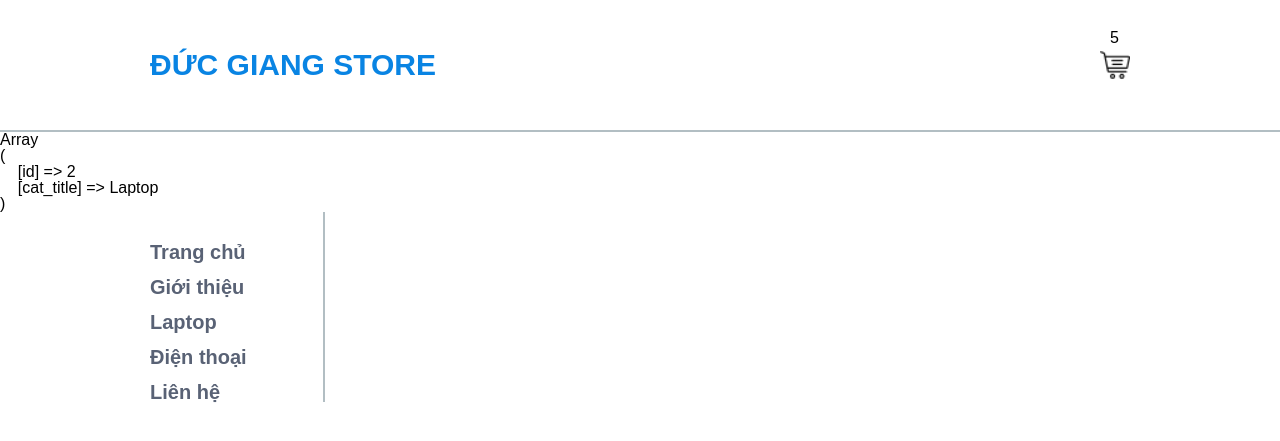
Repository: Giangattt123/PHP
Page: http://localhost/?mod=product&act=main&cat_id=2
An editor plug-in stored every save of this project. The page is shown before and after the next save, followed by the edit.
The browser window is 1280 px wide. The pictures show the whole page.
Some web libraries are served in a nearby version. The page is run by PHP 8.4 with error messages shown; the project is at /var/www/html/.

Above is the page before, as saved 2023-03-20 14:39:17.
Console error: TypeError: Cannot read properties of null (reading 'addEventListener')

### PHP_Shopping-Cart/Shopping_Cart/index.php
<?php
    require 'data/page.php';
    require 'data/product.php';
    require 'lib/template.php';
    require 'lib/reuse.php';
    require 'lib/pages.php';
    require 'lib/product.php';
    get_header();
?>
<?php
    $mod = !empty($_GET['mod']) ? $_GET['mod'] : 'home';
    $act = !empty($_GET['act']) ? $_GET['act'] : 'main';
    $path = "modules/{$mod}/{$act}.php";
    if(file_exists($path)){
        require $path;
    }else{

    }
?>
<?php

?>

### PHP_Shopping-Cart/Shopping_Cart/data/page.php
<?php
// Data page
$list_page = array(
    1 => array(
        'id' => 1,
        'page-title' => 'Giới thiệu',
        'create_at' => '08/03/2023' , // timestamp
        'page-content' =>"<p><strong> [Giới thiệu] </strong> Chào mừng đến với trang web bán laptop, PC của ĐỨC GIANG PC! Tại đây, chúng tôi cung cấp cho bạn một loạt các sản phẩm laptop PC chất lượng cao từ các thương hiệu hàng đầu trên thị trường. Chúng tôi cam kết mang đến cho bạn những sản phẩm chất lượng, giá cả hợp lý và dịch vụ chăm sóc khách hàng tốt nhất. Bạn có thể tìm thấy các sản phẩm từ các thương hiệu như Dell, HP, Asus, Lenovo và nhiều hơn nữa. Hãy truy cập trang web của chúng tôi và mua sắm ngay hôm nay để có được chiếc laptop PC tốt nhất cho nhu cầu của bạn. Cảm ơn đã ghé thăm trang web của chúng tôi!</p>"
    ),
    2 => array(
        'id' => 2,
        'page-title' => 'Liên hệ',
        'create_at' => '08/03/2023' , // timestamp
        'page-content' =>"<p><strong> [Liên hệ] </strong> Chúng tôi rất mong nhận được sự phản hồi từ bạn! Nếu bạn có bất kỳ câu hỏi, yêu cầu hoặc góp ý nào, xin vui lòng liên hệ với chúng tôi thông qua trang liên hệ của ĐỨC GIANG PC. Chúng tôi sẵn sàng trợ giúp bạn trong mọi vấn đề liên quan đến sản phẩm. Bạn có thể liên hệ với chúng tôi qua email, điện thoại hoặc mẫu liên hệ trực tuyến. Chúng tôi luôn sẵn sàng lắng nghe và giải quyết mọi thắc mắc của bạn, liên tục cải thiện trang web của mình và cung cấp cho bạn trải nghiệm tốt nhất có thể. Chân thành cảm ơn bạn đã quan tâm đến trang web của ĐỨC GIANG PC và hy vọng sớm nhận được thông tin từ bạn!</p>",
    )
)
?>

### PHP_Shopping-Cart/Shopping_Cart/data/product.php
<?php
#Danh mục
$list_product_cat = array(
    1 => array(
        'id' => 1,
        'cat_title' => "Điện thoại",
    ),
    2 => array(
        'id' => 2,
        'cat_title' => "Laptop",
    ),
);
#Dữ liệu sản phẩm
$list_product = array(
    1 => array(
        'id' => 1,
        'product_title' =>  'iPhone 13 256GB',
        'price' => 19990000,
        'code' => 'UNI#1',
        'product_desc' => 'Apple thỏa mãn sự chờ đón của iFan và người dùng với sự ra mắt của iPhone 13.',
        'product_thumb' => 'https://img.tgdd.vn/imgt/f_webp,fit_outside,quality_100/https://cdn.tgdd.vn/Products/Images/42/250258/iphone-13-starlight-1-600x600.jpg',
        'product_content' => "<p>Bộ vi xử lý Apple A15 mới gia tăng tốc độ CPU tới 50% và GPU đồ họa nhanh hơn 30% so với các đối thủ cạnh tranh trong cùng phân khúc, giúp iPhone 13 thể hiện sức mạnh khả năng xử lý ấn tượng hơn, mượt mà trên mọi tác vụ.</p><p><img src='https://cdn.tgdd.vn/Products/Images/42/250258/iphone-13-256gb-2.jpg'></p>",
        'cat_id' => 1,
    ),
    2 => array(
        'id' => 2,
        'product_title' =>  'iPhone 14 256GB',
        'price' => 22990000,
        'code' => 'UNI#2',
        'product_desc' => 'Mới đây thì tại sự kiện ra mắt sản phẩm mới thường niên đến từ nhà Apple thì chiếc điện thoại iPhone 14 256GB cũng đã chính thức lộ diện',
        'product_thumb' => 'https://img.tgdd.vn/imgt/f_webp,fit_outside,quality_100/https://cdn.tgdd.vn/Products/Images/42/289663/iPhone-14-plus-thumb-den-600x600.jpg',
        'product_content' => "<p>Được hoàn thiện với những vật liệu cao cấp khi mặt lưng làm từ kính cùng bộ khung nhôm chắc chắn, điều này làm cho chiếc máy của bạn trở nên sang trọng và đẳng cấp hơn.</p><p><img src='https://cdn.tgdd.vn/Products/Images/42/289663/iphone-14-256gb-080922-035413.jpg'></p>",
        'cat_id' => 1,
    ),
    3 => array(
        'id' => 3,
        'product_title' =>  'OPPO A57 128GB' ,
        'price' => 4590000,
        'code' => 'UNI#3',
        'product_desc' => 'OPPO đã bổ sung thêm vào dòng sản phẩm OPPO A giá rẻ một thiết bị mới có tên OPPO A57 128GB.',
        'product_thumb' => 'https://img.tgdd.vn/imgt/f_webp,fit_outside,quality_100/https://cdn.tgdd.vn/Products/Images/42/285082/oppo-a57-den-thumb-600x600.jpeg',
        'product_content' => "<p>Khác với mẫu A57 5G đã được ra mắt trước đó, điện thoại dòng A mới có màn hình HD+, camera chính 13 MP và pin 5000 mAh.</p><p><img src='https://cdn.tgdd.vn/Products/Images/42/282090/oppo-a57-4g-2_1280x720.jpg'></p>",
        'cat_id' => 1,
    ),
    4 => array(
        'id' => 4,
        'product_title' =>  'MacBook Pro 13',
        'price' => 30490000,
        'code' => 'UNI#4',
        'product_desc' => 'Đặc điểm nổi bật của MacBook Pro 13" 2020 Touch Bar M1 512GB',
        'product_thumb' => 'https://images.fpt.shop/unsafe/fit-in/214x214/filters:quality(90):fill(white)/fptshop.com.vn/Uploads/Originals/2022/6/7/637901935364438149_macbook-pro-m2-2022-xam-dd.jpg',
        'product_content' => "<p> MacBook Pro M1 13 inch 2020 Touch Bar mới với bộ vi xử lý Apple M1 cho bạn hiệu suất và thời lượng pin tuyệt vời nhất từ trước đến nay, mang đến hiệu năng chuyên nghiệp để hoàn thành những công việc chuyên nghiệp.</p><p><img src='https://images.fpt.shop/unsafe/filters:quality(90)/fptshop.com.vn/Uploads/images/2015/Tin-Tuc/QuanLNH2/macbook-pro-13-m1-1.jpg'></p>",
        'cat_id' => 2,
    ),
    5 => array(
        'id' => 5,
        'product_title' =>  'MacBook Pro 14',
        'price' => 52490000,
        'code' => 'UNI#5',
        'product_desc' => 'Đặc điểm nổi bật của MacBook Pro 14 2023 M2 Pro 10CPU 16GPU 16GB/512GB',
        'product_thumb' => 'https://images.fpt.shop/unsafe/fit-in/240x215/filters:quality(90):fill(white)/fptshop.com.vn/Uploads/Originals/2023/1/18/638096308244034700_macbook-pro-14-2023-m2-pro-10cpu-16gpu-bac-dd.jpg',
        'product_content' => "<p>Phiên bản chuyên nghiệp dành cho những người chuyên nghiệp, MacBook Pro 2023 14 inch với chip M2 Pro đem lại nguồn sức mạnh ấn tượng và vượt xa thế hệ cũ.</p><p><img src='https://fptshop.com.vn/Uploads/images/2015/Tin-Tuc/DuyLe/Android/Gionee/Macbook-pro-14-2023-m2-pro-3.jpg'></p>",
        'cat_id' => 2,
    ),
    6 => array(
        'id' => 6,
        'product_title' =>  'MacBook Pro 15',
        'price' => 65490000,
        'code' => 'UNI#6',
        'product_desc' => 'Đặc điểm nổi bật của MacBook Pro 16" 2021 M1 Pro Ram 32GB',
        'product_thumb' => 'https://images.fpt.shop/unsafe/fit-in/240x215/filters:quality(90):fill(white)/fptshop.com.vn/Uploads/Originals/2021/10/20/637703174146015116_macbook-pro-16-2021-xam-dd.jpg',
        'product_content' => "<p>MacBook Pro 16 inch 2021 chính là dòng máy tính xách tay mạnh nhất thế giới hiện nay với sức mạnh tối thượng từ bộ vi xử lý M1 Pro.</p><p><img src='https://fptshop.com.vn/Uploads/images/2015/Tin-Tuc/QuanLNH2/macbook-pro-16-real-life-2.jpg'></p>",
        'cat_id' => 2,
    ),
);

### PHP_Shopping-Cart/Shopping_Cart/lib/template.php
<?php
function get_header($version = ''){
    if(!empty($version)){
        $path_header = "inc/header-{$version}.php";
    }else{
        $path_header = "inc/header.php";
    }
    if(file_exists($path_header)){
        require $path_header;
    }else{
        echo "Không tồn tại đường dẫn {$path_header}";
    }
}
function get_footer($version = ''){
    if(!empty($version)){
        $path_footer = "inc/footer-{$version}.php";
    }else{
        $path_footer = "inc/footer.php";
    }
    if(file_exists($path_footer)){
        require $path_footer;
    }else{
        echo "Không tồn tại đường dẫn {$path_footer}";
    }

}
function get_sidebar(){
    require 'inc/sidebar.php';
}
?>

### PHP_Shopping-Cart/Shopping_Cart/lib/reuse.php
<?php
     function show_array($data){
        if(is_array($data)){
            echo "<pre>";
            print_r($data);
            echo "</pre>";
        }
    }
?>

### PHP_Shopping-Cart/Shopping_Cart/lib/pages.php
<?php
    function get_page_by_id($id){
        global $list_page;
        if(array_key_exists($id , $list_page)){
            return $list_page[$id];
        }
        return false;
    }

    // function show_array($data){
    //     if(is_array($data)){
    //         echo "<pre>";
    //         print_r($data);
    //         echo "</pre>";
    //     }
    //}
?>

### PHP_Shopping-Cart/Shopping_Cart/lib/product.php
<?php
    function get_info_cat($cat_id){
        global $list_product_cat;
        if(array_key_exists($cat_id , $list_product_cat)){
            return $list_product_cat[$cat_id];
        }
        return false;
    }
    function get_list_product_by_cat_id($cat_id){
        global $list_product;
        // Mảng chứa ds sp theo cat_id
        $result = array();
        foreach($list_product as $item){
            if($item['cat_id'] == $cat_id){
                $result[] = $item;
            }
        }
        return $result;
    }
?>

### PHP_Shopping-Cart/Shopping_Cart/inc/header.php
<!DOCTYPE html>
<html lang="en">

<head>
    <meta charset="UTF-8">
    <meta http-equiv="X-UA-Compatible" content="IE=edge">
    <meta name="viewport" content="width=device-width, initial-scale=1.0">
    <title>ĐỨC GIANG STORE</title>
    <link rel="stylesheet" href="public/css/reset.css">
    <link rel="stylesheet" href="public/css/style.css">
    <link rel="stylesheet" href="https://cdnjs.cloudflare.com/ajax/libs/font-awesome/6.3.0/css/all.min.css"
        integrity="sha512-SzlrxWUlpfuzQ+pcUCosxcglQRNAq/DZjVsC0lE40xsADsfeQoEypE+enwcOiGjk/bSuGGKHEyjSoQ1zVisanQ=="
        crossorigin="anonymous" referrerpolicy="no-referrer" />
    <script src="public/js/main.js"></script>
</head>

<body>
    <div class="wrapper">
        <div class="wrapper-content">
            <div class="header">
                <div class="header-content">
                    <div class="item-left">
                        <a href="?page=home" class="logo">ĐỨC GIANG STORE</a>
                    </div>
                    <div class="item-right">
                        <div class="cart">
                            <a href="" class="cart-icon">
                                <img src="public/images/icon-cart.png" alt="Icon_Cart" class="icon-image">
                            </a>
                            <span class="cart-number">5</span>
                        </div>
                    </div>
                </div>
            </div>
            <!-- end header -->

### PHP_Shopping-Cart/Shopping_Cart/modules/product/main.php
<!-- // File main => Chứa giao diện mua hàng, sản phẩm hiện có -->
<?php
   $cat_id = $_GET['cat_id'];
   # Lấy thông tin danh mục
    $info_cat = get_info_cat($cat_id);
    show_array($info_cat);
    # Lấy danh sách bài viết
    $list_item = get_list_product_by_cat_id($cat_id);
    // show_array($list_item);
?>
<div class="content">
    <div class="content-container">
        <?php get_sidebar(); ?>
        <!-- dữ liệu về sản phẩm -->
        <div class="menu-content">

        </div>
    </div>
</div>

### PHP_Shopping-Cart/Shopping_Cart/inc/sidebar.php
<div class="menu-select">
    <ul class="menu">
        <li class="menu-item">
            <a href="" class="cards" onclick="toggleActive(this)">Trang chủ</a>
        </li>
        <li class="menu-item">
            <a href="?mod=page&act=detail&id=1" class="cards" onclick="toggleActive(this)">Giới thiệu</a>
        </li>
        <li class="menu-item">
            <a href="?mod=product&act=main&cat_id=2" class="cards" onclick="toggleActive(this)">Laptop</a>
        </li>
        <li class="menu-item">
            <a href="?mod=product&act=main&cat_id=1" class="cards" onclick="toggleActive(this)">Điện thoại</a>
        </li>
        <li class="menu-item">
            <a href="?mod=page&act=detail&id=2" class="cards" onclick="toggleActive(this)">Liên hệ</a>
        </li>
    </ul>
</div>

### PHP_Shopping-Cart/Shopping_Cart/public/css/style.css
* {
  box-sizing: border-box;
}
html {
  font-size: 62.5%;
}
body {
  font-family: "Poppins", sans-serif;
  font-size: 1.6rem;
  font-weight: normal;
}
img {
  display: block;
  max-width: 100%;
}
.header-content {
  display: flex;
  justify-content: space-between;
  margin-left: 150px;
  margin-right: 150px;
  padding: 50px 0px;
  /* border-bottom: 1px solid #f00; */
}
.item-left .logo {
  font-size: 3rem;
  color: #0984e3;
  font-weight: bold;
}
.cart {
  position: relative;
  display: flex;
  align-items: center;
}
.cart .cart-icon .icon-image {
  width: 30px;
  height: 30px;
}
.cart .cart-number {
  position: absolute;
  top: -20px;
  left: 10px;
}
.header {
  border-bottom: 2px solid #b2bec3;
}
.content-container {
  display: flex;
}
.menu-select {
  width: 18%;
  margin-left: 150px;
  font-size: 2rem;
  /* margin-top: 30px; */
  border-right: 2px solid #b2bec3;
  min-height: 100%;
}
.menu-content {
  width: 80%;
  margin-top: 30px;
  margin-left: 30px;
  margin-right: 150px;
}
.menu-select ul.menu li:not(:first-child) {
  margin-top: 15px;
  color: #0984e3;
}
.menu {
  margin-top: 30px;
}
a {
  color: #596275;
  font-weight: bold;
}
a.active:active,
a.active:focus {
  color: plum;
}
h3.section-title {
  font-size: 2rem;
  font-weight: bold;
  margin-bottom: 20px;
}
p.create-date {
  margin-bottom: 20px;
}
.contents-news {
  line-height: 1.4;
}

### PHP_Shopping-Cart/Shopping_Cart/public/js/main.js
function toggleActive(selected) {
  let cards = document.querySelectorAll(".cards");
  for (let i = 0; i < cards.length; i++) {
    cards[i].classList.remove("active");
  }
  selected.classList.add("active");
}
const toggle = document.querySelector(".menu-toggle");
const menu = document.querySelector(".menu");
toggle.addEventListener("click", handelToggleMenu);
function handelToggleMenu(event) {
  event.target.classList.toggle("fa-times");
  event.target.classList.toggle("fa-bars");
  menu.classList.toggle("menu-is_show");
}
document.addEventListener("click", handleClickOutMenu);
function handleClickOutMenu(event) {
  if (!menu.contains(event.target) && !event.target.matches(".menu-toggle")) {
    menu.classList.remove("menu-is_show");
    toggle.classList.remove("fa-times");
    toggle.classList.add("fa-bars");
  }
}
const tabItems = document.querySelectorAll(".tab-item");
[...tabItems].forEach((item) => item.addEventListener("click", handleTabClick));
function handleTabClick(event) {
  console.log(event.target);
  [...tabItems].forEach((item) => item.classList.remove("active"));
  event.target.classList.add("active");
  const tabNumBer = event.target.dataset.tab;
}

Loaded but not shown: PHP_Shopping-Cart/Shopping_Cart/public/css/reset.css (common file)

After the next save:
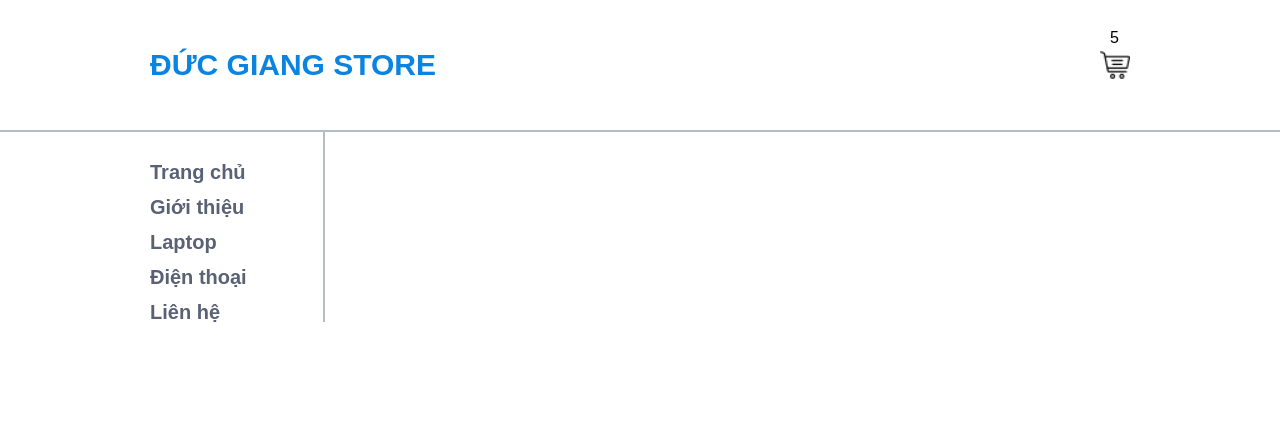
Saved 8 s later.
--- a/PHP_Shopping-Cart/Shopping_Cart/modules/product/main.php
+++ b/PHP_Shopping-Cart/Shopping_Cart/modules/product/main.php
@@ -3,7 +3,7 @@
    $cat_id = $_GET['cat_id'];
    # Lấy thông tin danh mục
     $info_cat = get_info_cat($cat_id);
-    show_array($info_cat);
+    // show_array($info_cat);
     # Lấy danh sách bài viết
     $list_item = get_list_product_by_cat_id($cat_id);
     // show_array($list_item);
